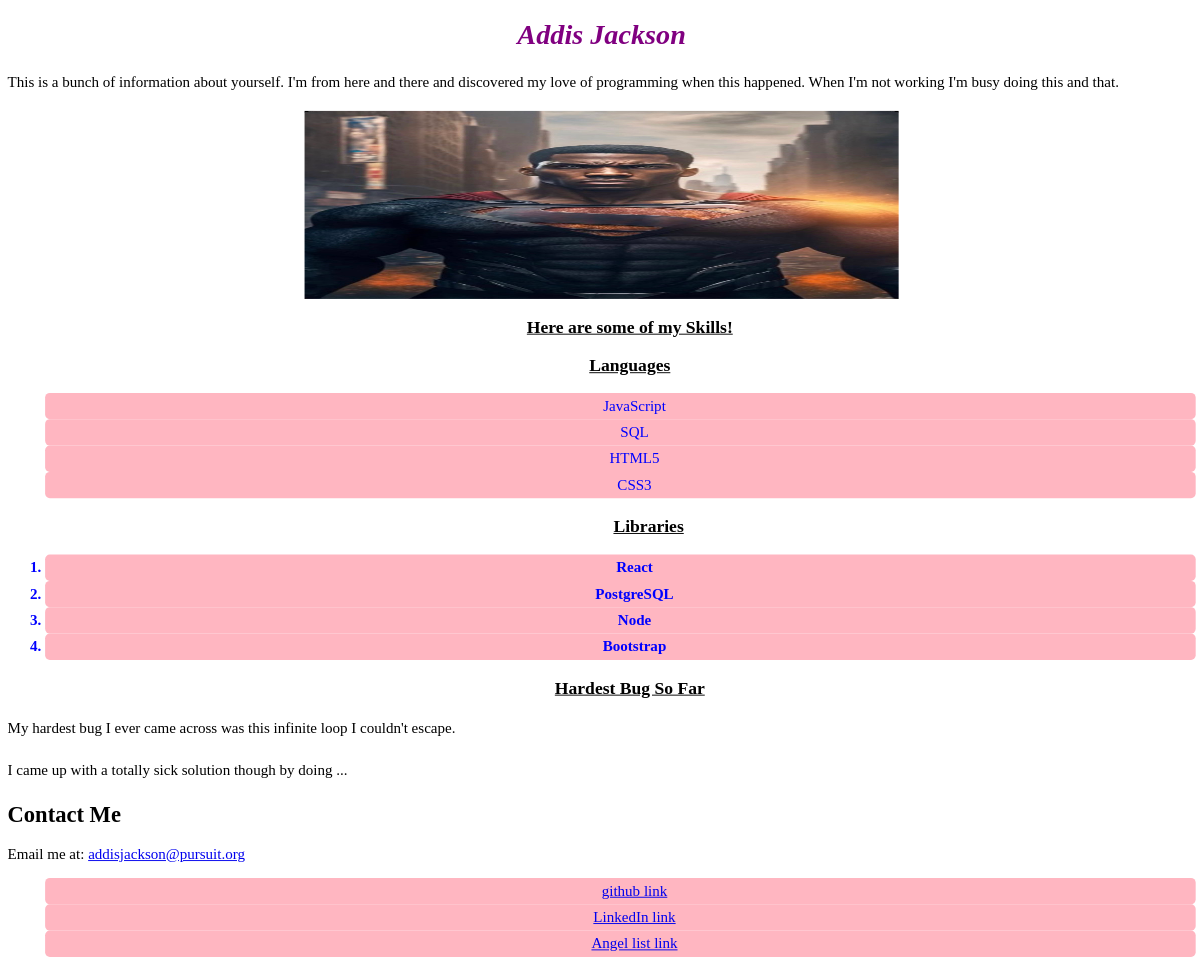
Repository: 10-2-pursuit/lab-intro-to-css
Page: index.html
The author's editor kept a copy of each file at every save. The page is drawn from the files as they stood at one save, then again after a run of saves.
The browser window is 1280 px wide. The pictures show the whole page, at 94% of full size.

Above is the page before, as saved 2023-06-14 21:35:54.

### index.html
<!DOCTYPE html>
<html lang="en" dir="ltr">
  <head>
    <meta charset="utf-8" />
    <title>CSS Intro</title>
  </head>
  <body>
    <div>
    <style>
          body {font-family: san-serif;
                background-color:light purple}

          #name {font-family: fantasy;
                 font-style: italic;
                 text-align: center;
                 color: purple;
                 }

             li {text-align: center;
                 border: 1px red;
                 border-radius: 5px;
                 color:blue;
                 background-color:lightpink;
                 padding-left: 30px;
                 padding-top:5px;
                 padding-bottom:5px;
                 }

            img {height: 200px;
                  aspect-ratio: auto;
                 align-items: center;}

             h3 {font-variant: underline;
                 text-align: center;
                 padding-left: 60px;
                 text-decoration-line: underline;

                }

              p {padding-top: 5px;
                 padding-bottom: 5px;}

             h1 {font-size: 30px;}

             ol {font-weight: bold;}

        .center {
                 display: block;
                 margin-left: auto;
                 margin-right: auto;
                 width: 50%;
                }

    </style>

    <h1 id="name"><strong>Addis Jackson</strong></h1>
  </div>
    <div>
      <p>
        This is a bunch of information about yourself. I'm from here and there and
        discovered my love of programming when this happened. When I'm not
        working I'm busy doing this and that.
      </p>
    </div>

    <img
      src="./assets/addis.png"
      alt="Addis at his best"
      class="center"
    />

    <div>
      <h3>Here are some of my Skills!</h3>
        <h3>Languages</h3>
        <ul>
          <style>
            ul {list-style-type: none;}
          </style>
        <li>JavaScript</li>
        <li>SQL</li>
        <li>HTML5</li>
        <li>CSS3</li>
      </ul>

      <ol style="font-weight: bold;">
        <h3>Libraries</h3>
        <li>React</li>
        <li>PostgreSQL</li>
        <li>Node</li>
        <li>Bootstrap</li>
      </ol>
    </div>

    <div>
      <h3>Hardest Bug So Far</h3>
      <p>
        My hardest bug I ever came across was this infinite loop I couldn't
        escape.
      </p>
      <p>I came up with a totally sick solution though by doing ...</p>
    </div>

    <h2>Contact Me</h2>
    <div>
      Email me at:
      <a href="mailto:addisjackson@pursuit.org" target="_top">addisjackson@pursuit.org</a>
    </div>

    <ul>
      <li><a href="github.com/addisjackson">github link</a></li>
      <li><a href="linkedin.com/addisjackson">LinkedIn link</a></li>
      <li><a href="angellist.com">Angel list link</a></li>
    </ul>
  </body>
</html>

After the next 4 saves:
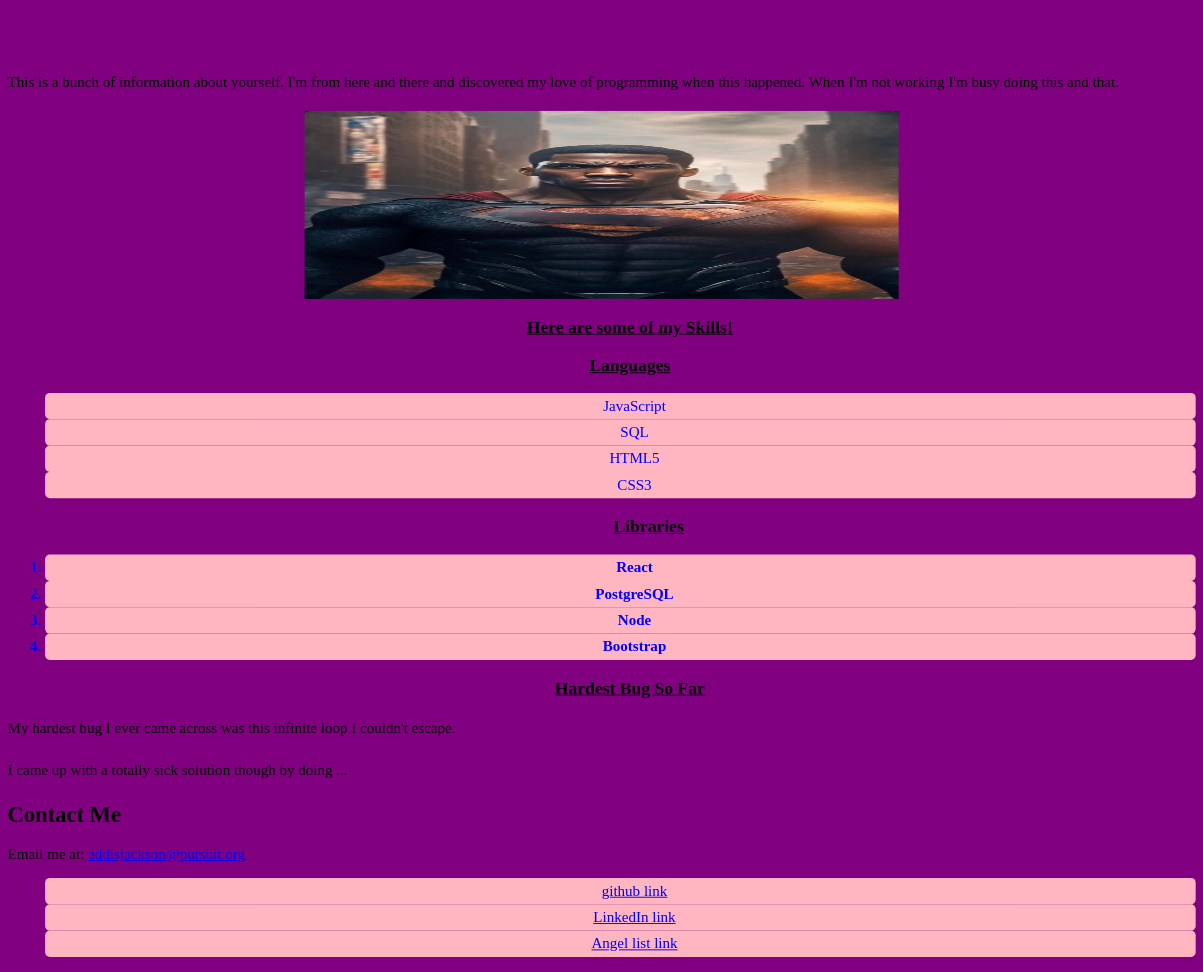
The 4 saves are shown as one change because they came seconds apart.
The last was saved 18 s later.
--- a/index.html
+++ b/index.html
@@ -8,7 +8,7 @@
     <div>
     <style>
           body {font-family: san-serif;
-                background-color:light purple}
+                background-color: purple}
 
           #name {font-family: fantasy;
                  font-style: italic;

After the 2 saves that followed:
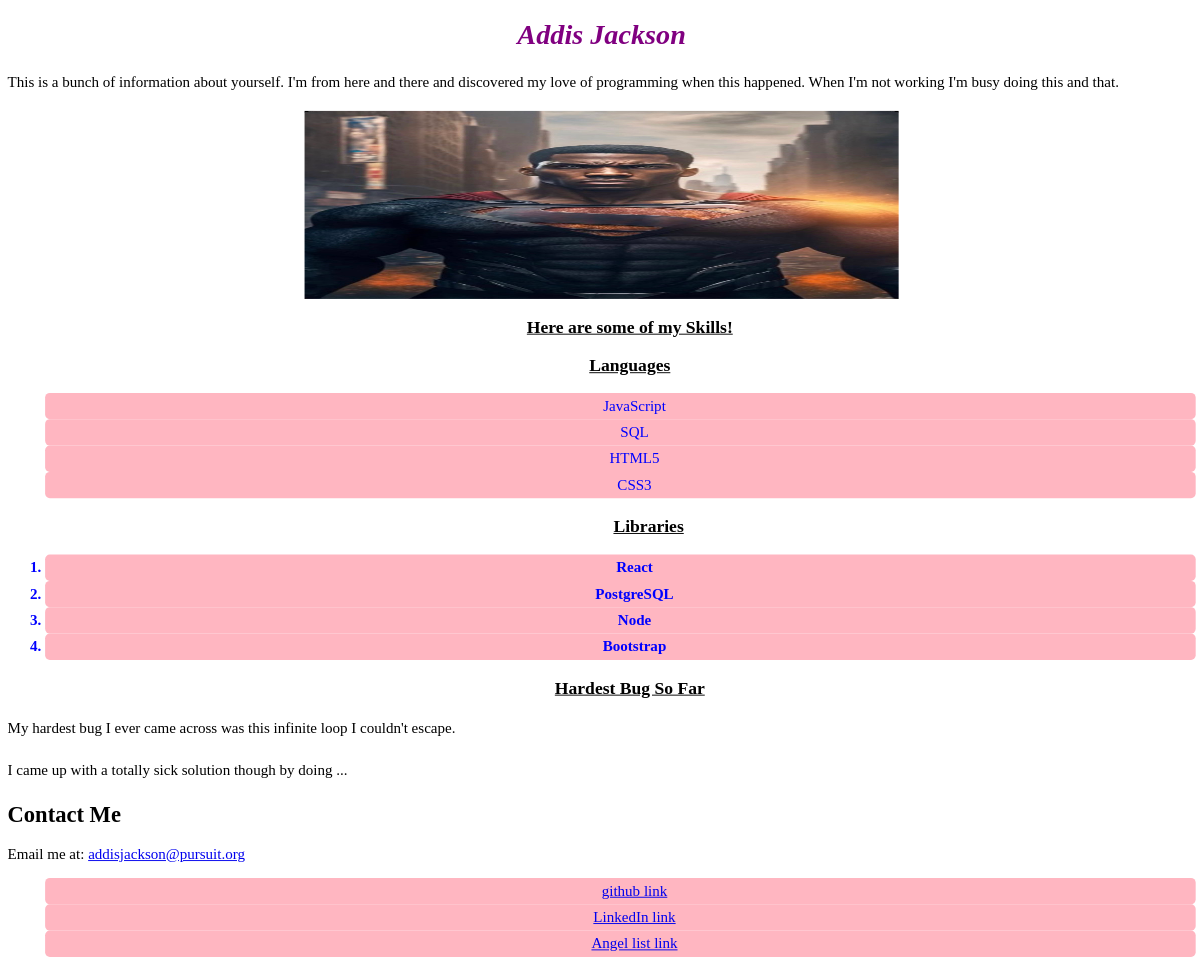
The 2 saves are shown as one change because they came seconds apart.
The last was saved 6 s later.
--- a/index.html
+++ b/index.html
@@ -8,7 +8,7 @@
     <div>
     <style>
           body {font-family: san-serif;
-                background-color: purple}
+                background-color: ligth}
 
           #name {font-family: fantasy;
                  font-style: italic;
